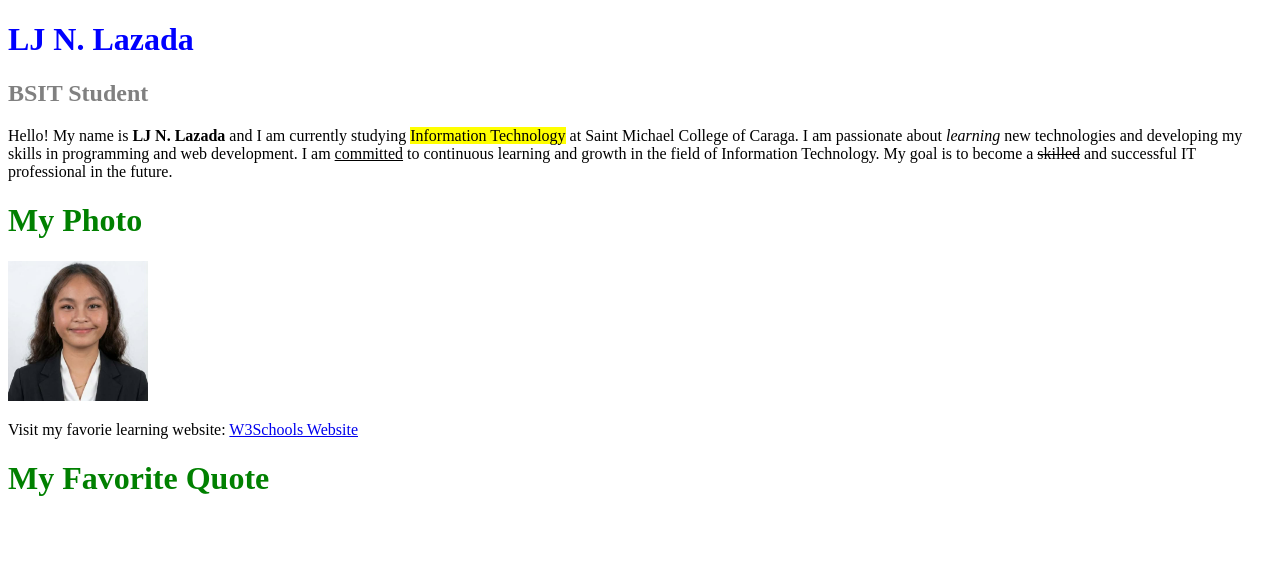
Repository: ljlazada11/myfirsthtml
Page: index.html
These files come from the project's save history. The page is drawn as it stood at one moment and after the next save; the edit follows.
The browser window is 1280 px wide. The pictures show the whole page.

Above is the page before, as saved 2026-06-24 19:37:09.

### index.html
<!DOCTYPE html>
<html lang="en">
<head>
    <meta charset="UTF-8">
    <meta name="viewport" content="width=device-width, initial-scale=1.0">
    <title>My Personal Web Profile</title>
    <link rel="icon" type="image/x-icon" href="images.png">

</head>
<body>
    <h1 style="color:blue;">LJ N. Lazada</h1>
    <h2 style="color:gray;">BSIT Student</h2>
    <p>Hello! My name is <strong>LJ N. Lazada</strong> and I am currently studying <mark>Information Technology</mark> at Saint Michael College of Caraga. I am passionate about <i>learning</i> new technologies and developing my skills in programming and web development. I am <ins>committed</ins> to continuous learning and growth in the field of Information Technology. My goal is to become a <del>skilled</del> and successful IT professional in the future.</p>
</body>
    <h1 style="color:green;">My Photo</h1>
    <img src="pic.jpg" alt="My	Profile	Picture" width="140" height="140">
    <p> Visit my favorie learning website: <a href="https://www.w3schools.com/html/default.asp" target="_blank">W3Schools	Website</a></p>

    <body>
    <h1 style="color:green;">My Favorite Quote</h1>
     <p><blockquote></p>
    </body>
</html>

After the next save:
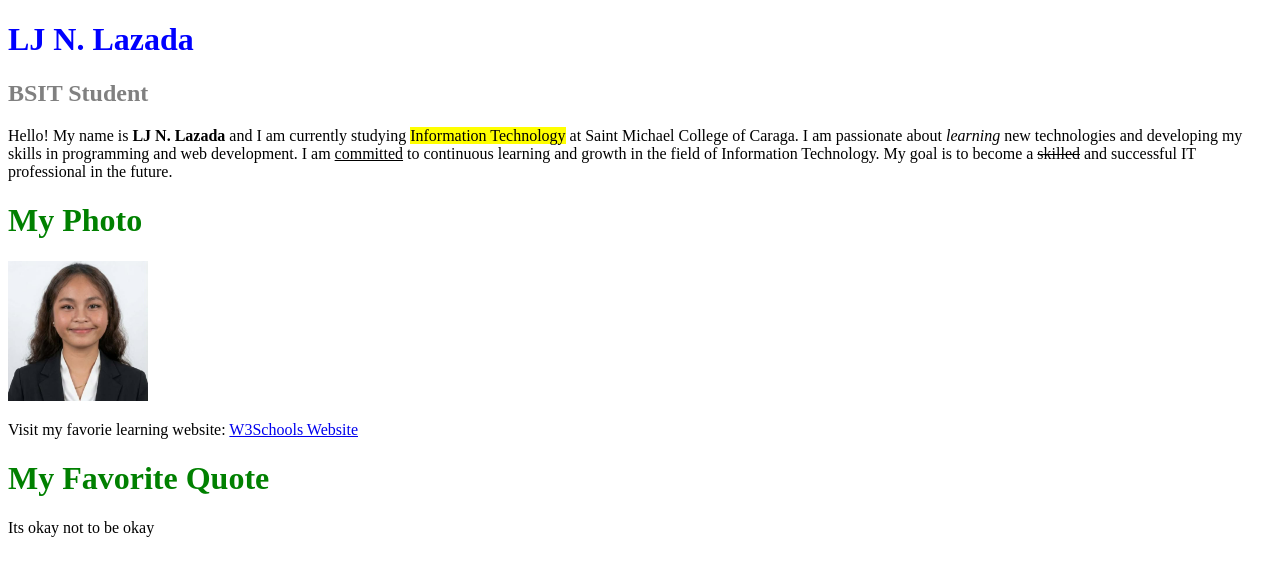
Saved 25 s later.
--- a/index.html
+++ b/index.html
@@ -18,6 +18,6 @@
 
     <body>
     <h1 style="color:green;">My Favorite Quote</h1>
-     <p><blockquote></p>
+     <p>Its okay not to be okay</p>
     </body>
 </html>
